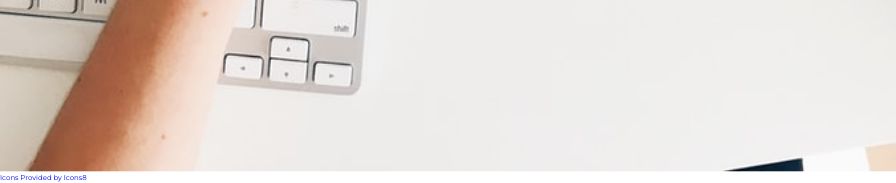
Repository: randysteele/my-portfolio-2023
Page: index.html
These files come from the project's save history. The page is drawn as it stood at one moment and after the next save; the edit follows.
The browser window is 1280 px wide. The pictures show the part of the page from y = 3754 to 5674 px (the page is 4015 px tall before and 13028 px after), at 70% of full size.

Above is the page before, as saved 2023-04-23 15:15:53.

### index.html
<!DOCTYPE html>
<html lang="en">
<head>
    <meta charset="UTF-8">
    <meta http-equiv="X-UA-Compatible" content="IE=edge">
    <meta name="viewport" content="width=device-width, initial-scale=1.0">
    <link rel="stylesheet" href="style.css">
    <title>Randy Steele Portfolio</title>
</head>
<body>
    <!-- Hero Section -->
    <section id="hero">
        <div class="hero container">
            <div>
            <h1>Hello, <span></span></h1>
            <h1>My Name Is <span></span></h1>
            <h1>Randy <span></span></h1>
            <a href="#" type="button" class="cta">Portfolio</a>
        </div>
    </div>
    </section>
    <!-- End Hero Section -->

    <!-- Services Section -->
    <section id="services">
        <div class="services container">
          <div class="service-top">
            <h1 class="section-title">Serv<span>i</span>ces</h1>
            <p>Lorem ipsum dolor sit amet consectetur, adipisicing elit. Ipsum deleniti maiores pariatur assumenda quas
              magni et, doloribus quod voluptate quasi molestiae magnam officiis dolorum, dolor provident atque molestias
              voluptatum explicabo!</p>
          </div>
          <div class="service-bottom">
            <div class="service-item">
              <div class="icon"><img src="https://img.icons8.com/bubbles/100/000000/services.png" /></div>
              <h2>Web Design</h2>
              <p>Lorem ipsum dolor sit amet consectetur adipisicing elit. Corporis debitis rerum, magni voluptatem sed
                architecto placeat beatae tenetur officia quod</p>
            </div>
            <div class="service-item">
              <div class="icon"><img src="https://img.icons8.com/bubbles/100/000000/services.png" /></div>
              <h2>Web Design</h2>
              <p>Lorem ipsum dolor sit amet consectetur adipisicing elit. Corporis debitis rerum, magni voluptatem sed
                architecto placeat beatae tenetur officia quod</p>
            </div>
            <div class="service-item">
              <div class="icon"><img src="https://img.icons8.com/bubbles/100/000000/services.png" /></div>
              <h2>Web Design</h2>
              <p>Lorem ipsum dolor sit amet consectetur adipisicing elit. Corporis debitis rerum, magni voluptatem sed
                architecto placeat beatae tenetur officia quod</p>
            </div>
            <div class="service-item">
              <div class="icon"><img src="https://img.icons8.com/bubbles/100/000000/services.png" /></div>
              <h2>Web Design</h2>
              <p>Lorem ipsum dolor sit amet consectetur adipisicing elit. Corporis debitis rerum, magni voluptatem sed
                architecto placeat beatae tenetur officia quod</p>
            </div>
          </div>
        </div>
      </section>
<!-- End Services Section -->

<!-- Projects Section -->
<section id="projects">
    <div class="projects container">
        <div class="projects-header">
        <h1 class="section title">Recent <span>Projects</span></h1>
            <div class="all-projects">
                <div class="project-item">
                    <div class="project-info">
                        <h1>Project 1</h1>
                        <h2>Coding is Love</h2>
                        <p>Lorem ipsum dolor sit amet consectetur adipisicing
                            elit. Corporis debitis rerum, magni voluptatem
                            sed architecto placeat beatae tenetur officia quod</p>
                        <div class="project-image">
                            <img src="./img/img-1.png" alt="img">

                        </div>
                    </div>
                </div>
        </div>
    </div>
    </div>
</div>
</section>



<!-- End Projects Section -->

</body>
</html>


<a target="_blank" href="https://icons8.com/icon/53429/home-page">Icons Provided by</a>  <a target="_blank" href="https://icons8.com">Icons8</a>

### style.css
@import url('https://fonts.googleapis.com/css2?family=Montserrat:wght@300;400;700&display=swap');
* {
    padding: 0;
    margin: 0;
    box-sizing: border-box;
}
html {
    font-size: 10px;
    font-family: "Montserrat", "sans-serif";
}
a {
    text-decoration: none;
}
.container {
    min-height: 100vh;
    width: 100%;
    display: flex;
    align-items: center;
    justify-content: center;
}

img{
    height: 100%;
    width: 100%;
    object-fit: cover;
}

p {
    color: black;
    font-size: 1.4rem;
    margin-top: 5px;
    line-height: 2.5rem;
    font-weight: 300px;
    letter-spacing: 0.5rem;
}


/* Hero Section */
#hero {
    background-image: url(./img/me1.jpeg);
    background-size: cover;
    background-position: top center;
    position: relative;
    z-index: 1;
}
#hero::after{
    content: '';
    position: absolute;
    left: 0;
    top: 0;
    height: 100%;
    width: 100%;
    background-color: black;
    opacity: 0.7;
    z-index: -1;
}
#hero .hero{
    max-width: 1200px;
    margin: 0 auto;
    padding: 0 50px;
    justify-content: flex-start;
}
#hero h1{
    display: block;
    width: fit-content;
    font-size: 4rem;
    position: relative;
    color: transparent;
    animation: text_reveal 1s ease forwards;
    animation-delay: 1s
}
#hero h1:nth-child(1){
    animation-delay: 1s;
}
#hero h1:nth-child(2){
    animation-delay: 2s;
}
#hero h1:nth-child(3){
    animation: text_reveal_name .5s ease forwards;
    animation-delay: 3s;
}

#hero .cta {
  display: inline-block;
  padding: 10px 30px;
  color: white;
  background-color: transparent;
  border: 2px solid crimson;
  font-size: 2rem;
  text-transform: uppercase;
  letter-spacing: 0.1rem;
  margin-top: 30px;
  transition: 0.3s ease;
  transition-property: background-color, color;
}
#hero .cta:hover {
    color: white;
    background-color: crimson;
}
#hero h1 span {
    position: absolute;
    top: 0;
    left: 0;
    height: 100%;
    width: 0;
    background-color: crimson;
    animation: text_reveal_box 1s ease;
    animation-delay: .3s;
}

#hero h1:nth-child(1) span {
    animation-delay: 1s;
}
#hero h1:nth-child(2) span {
    animation-delay: 2s;
}

#hero h1:nth-child(3) span {
    animation-delay: 3s;
}

/* End Hero Section */

/* Keyframes */

@keyframes text_reveal_box {
    50%{
        width: 100%;
        left: 0;
    }
    100%{
        width: 0;
        left: 100%;
    }
}
/* End Keyframes  */

/* Services Section */

#services .services{
 flex-direction: column;
 text-align: center;
 max-width: 1500px;
 margin: 0 auto;
 padding: 100px 0;
}

#services .section-title {
    font-size: 4rem;
    font-weight: 300;
    color: black;
    margin-bottom: 10px;
    text-transform: uppercase;
    letter-spacing: .2rem;
    text-align: center;
}

#services .section-title span {
    color: crimson;
}

#services .service-top p {
    color: black;
    font-size: 1.4rem;
    margin-top: 5px;
    line-height: 2.5rem;
    font-weight: 300px;
    letter-spacing: 0.5rem;
}

#services .service-bottom {
    display: flex;
    align-items: center;
    justify-content: center;
    flex-wrap: wrap;
    margin-top: 50px;
}

#services .service-item {
    flex-basis: 80%;
    display: flex;
    align-items: flex-start;
    justify-content: center;
    flex-direction: column;
    padding: 30px;
    border-radius: 10px;
    background-image: url(./img/img-1.png);
    background-size: cover;
    margin: 10px 5%;
    position: relative;
    z-index: 1;
    overflow: hidden;
}

#services .service-item::after {
    content: "";
    position: absolute;
    left: 0;
    top: 0;
    height: 100%;
    width: 100%;
    background-image: linear-gradient(60deg, #29323c 0%, #485563 100%);
    opacity: .8;
    z-index: -1;
}

#services .service-bottom .icon {
  height: 80px;
  width: 80px;
  margin-bottom: 20px;
}

#services .service-item h2 {
    font-size: 2rem;
    color: white;
    margin-bottom: 10px;
    text-transform: uppercase;
}

#services .service-item p{
    color: white;
    text-align: left;
}



/* End Services Section */



@keyframes text_reveal{
    100%{
        color: white;

    }
}
@keyframes text_reveal_name{
    100%{
        color: crimson;
        font-weight: 500px;
    }
}
/* Services Section */



/* End Services Section */

After the next save:
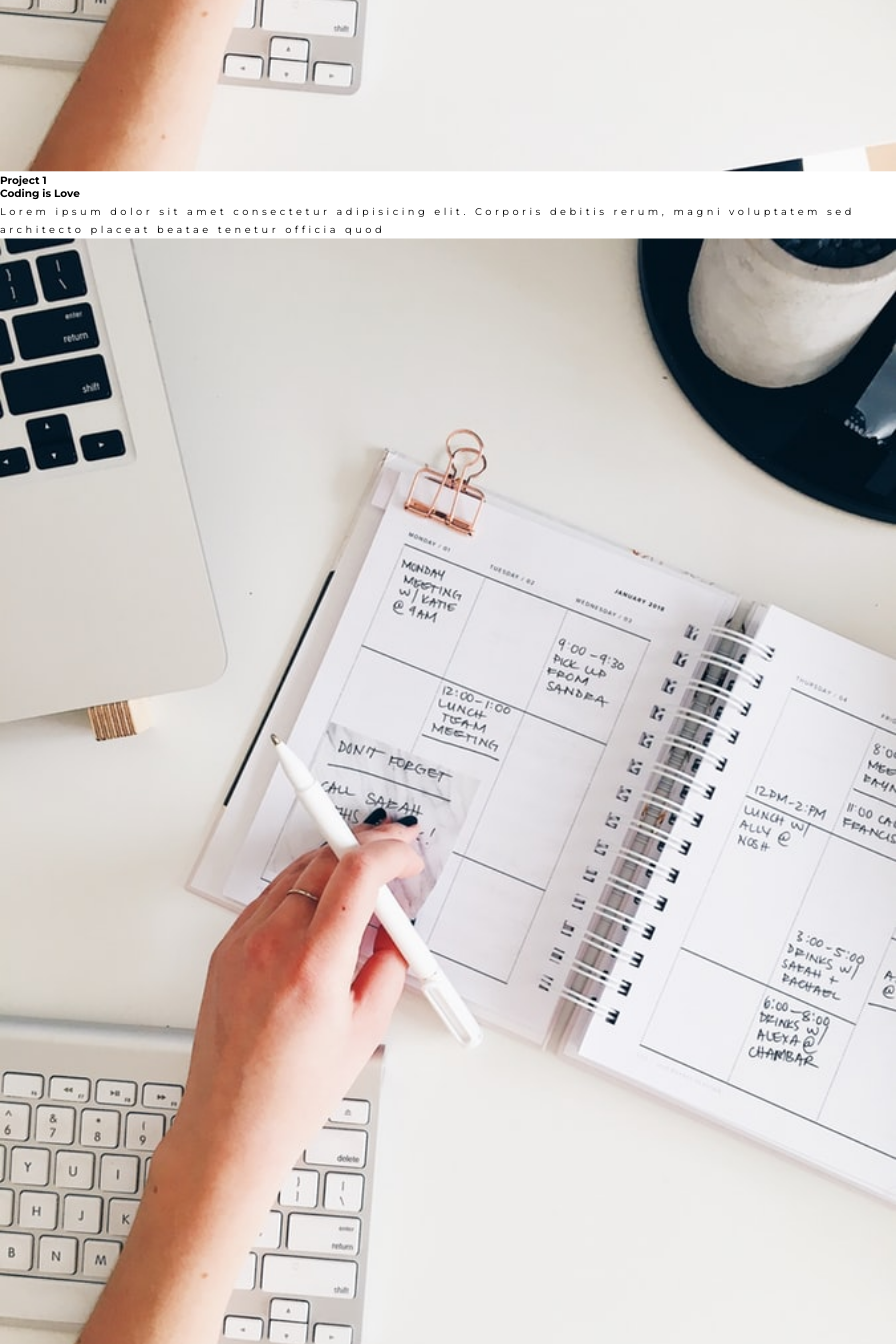
Saved 76 s later.
--- a/index.html
+++ b/index.html
@@ -77,7 +77,72 @@
                             <img src="./img/img-1.png" alt="img">
 
                         </div>
-                    </div>
+                    </div>                <div class="project-item">
+                        <div class="project-info">
+                            <h1>Project 1</h1>
+                            <h2>Coding is Love</h2>
+                            <p>Lorem ipsum dolor sit amet consectetur adipisicing
+                                elit. Corporis debitis rerum, magni voluptatem
+                                sed architecto placeat beatae tenetur officia quod</p>
+                            <div class="project-image">
+                                <img src="./img/img-1.png" alt="img">
+
+                            </div>
+                        </div>
+
+                        <div class="project-item">
+                            <div class="project-info">
+                                <h1>Project 1</h1>
+                                <h2>Coding is Love</h2>
+                                <p>Lorem ipsum dolor sit amet consectetur adipisicing
+                                    elit. Corporis debitis rerum, magni voluptatem
+                                    sed architecto placeat beatae tenetur officia quod</p>
+                                <div class="project-image">
+                                    <img src="./img/img-1.png" alt="img">
+
+                                </div>
+                            </div>
+
+                            <div class="project-item">
+                                <div class="project-info">
+                                    <h1>Project 1</h1>
+                                    <h2>Coding is Love</h2>
+                                    <p>Lorem ipsum dolor sit amet consectetur adipisicing
+                                        elit. Corporis debitis rerum, magni voluptatem
+                                        sed architecto placeat beatae tenetur officia quod</p>
+                                    <div class="project-image">
+                                        <img src="./img/img-1.png" alt="img">
+
+                                    </div>
+                                </div>
+
+                                <div class="project-item">
+                                    <div class="project-info">
+                                        <h1>Project 1</h1>
+                                        <h2>Coding is Love</h2>
+                                        <p>Lorem ipsum dolor sit amet consectetur adipisicing
+                                            elit. Corporis debitis rerum, magni voluptatem
+                                            sed architecto placeat beatae tenetur officia quod</p>
+                                        <div class="project-image">
+                                            <img src="./img/img-1.png" alt="img">
+
+                                        </div>
+                                    </div>
+
+                                    <div class="project-item">
+                                        <div class="project-info">
+                                            <h1>Project 1</h1>
+                                            <h2>Coding is Love</h2>
+                                            <p>Lorem ipsum dolor sit amet consectetur adipisicing
+                                                elit. Corporis debitis rerum, magni voluptatem
+                                                sed architecto placeat beatae tenetur officia quod</p>
+                                            <div class="project-image">
+                                                <img src="./img/img-1.png" alt="img">
+
+                                            </div>
+                                        </div>
+
+
                 </div>
         </div>
     </div>
